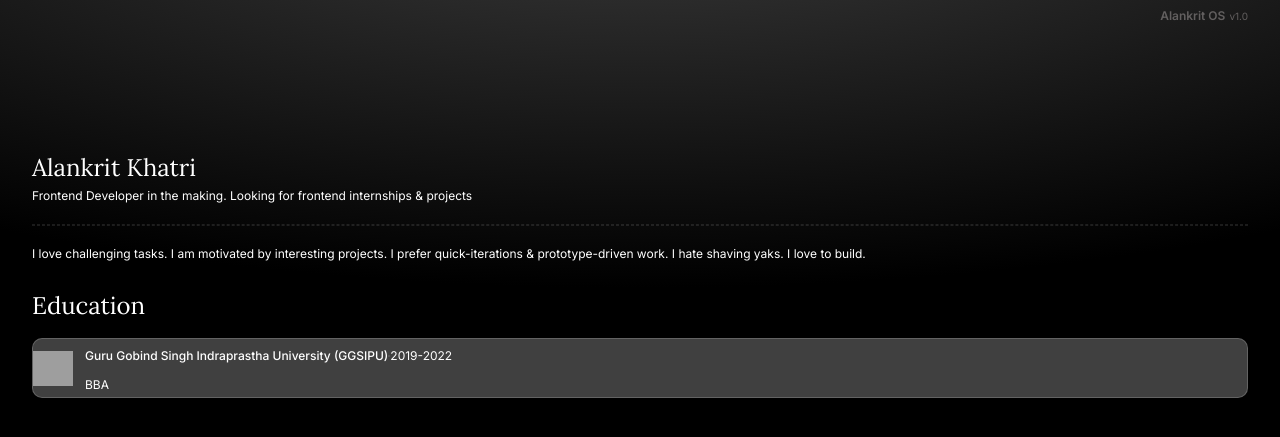
Repository: alankritkhatri/alankrit.xyz
Page: /
The author's editor kept a copy of each file at every save. The page is drawn from the files as they stood at one save, then again after the next save.
The browser window is 1280 px wide. The pictures show the whole page.
Pictures or frames that could not be fetched are drawn as grey boxes. The project was rebuilt for these pictures with package versions that can differ from the ones it lists, and the page was loaded fresh each time. Also part of the build but not shown: vite.config.js, src/blog.jsx.

Above is the page before, as saved 2024-08-11 21:16:35.

### index.html
<!DOCTYPE html>
<html lang="en">
  <head>
    <meta charset="UTF-8" />

    <link rel="icon" type="image/svg+xml" href="/vite.svg" />
    <link rel="preconnect" href="https://fonts.googleapis.com" />
    <link rel="preconnect" href="https://fonts.gstatic.com" crossorigin />
    <link
      href="https://fonts.googleapis.com/css2?family=Inter:wght@100..900&display=swap"
      rel="stylesheet"
    />

    <link
      href="https://fonts.googleapis.com/css2?family=Lora:ital,wght@0,400..700;1,400..700&display=swap"
      rel="stylesheet"
    />
    <!-- Linkedin link -->
    <script
      src="https://platform.linkedin.com/badges/js/profile.js"
      async
      defer
      type="text/javascript"
    ></script>
<meta name="viewport" content="width=device-width, initial-scale=1.0">
    <title>AlankritOS</title>
  </head>
  <body>
    <div id="root"></div>
    <script type="module" src="/src/main.jsx"></script>
  </body>
</html>

### src/App.jsx
import "./App.css";
import { BrowserRouter as Router, Routes, Route, Link } from "react-router-dom";
import Blog from "./blog";
import Home from "./pages/Home/Home";
const App = () => {
  return (
    <div className="main">
      <Router>
        <Link to="/">
          <div className="logo">
            <h1>Alankrit OS</h1>
            <span>v1.0</span>
          </div>
        </Link>
        <Routes>
          <Route path="/" element={<Home />} />
          <Route path="blog" element={<Blog />} />
        </Routes>
      </Router>
    </div>
  );
};

export default App;

### src/App.css
* {
  margin: 0px;
  padding: 0px;
  box-sizing: border-box;
  font-family: Inter, Haettenschweiler, "Arial Narrow Bold", sans-serif;
}

body,html{
  min-height: 100vh;
background: radial-gradient(100% 60% at 50% -20%, #404040, #000000)
}
.main {



  h1 {
    line-height: 32px;
  }
  h2 {
    line-height: 24px;
  }
  h3 {
    line-height: 16px;
  }
  p {
    line-height: 24px;
  }
  color: white;

  padding: 0px 32px;
  a {
    text-decoration: none;
  }
  .logo {
    color: rgba(126, 121, 121, 0.726);
    display: flex;
    align-items: center;
    justify-content: flex-end;
    gap: 4px;

    font-family: monospace;
    animation: flicker 2s infinite;
    h1 {
      font-size: 12px;
      font-weight: 600;
    }
    span {
      font-size: 10px;
      font-weight: 400;
    }
  }
}
/* logo flickr animation */
@keyframes flicker {
  0% {
    opacity: 0;
  }
  9% {
    opacity: 0;
  }
  10% {
    opacity: 0.5;
  }
  13% {
    opacity: 0;
  }
  20% {
    opacity: 0.5;
  }
  25% {
    opacity: 1;
  }
}

### src/pages/Home/Home.jsx
import Infosection from "../../components/Info-Section/Infosection.jsx";
import "./Home.css";
import data from "../../alankrit_data/data.json";
const Home = () => {
  return (
    <div className="home">
      <div
        className="badge-base LI-profile-badge"
        data-locale="en_US"
        data-size="medium"
        data-theme="dark"
        data-type="VERTICAL"
        data-vanity="alankrit-khatri"
        data-version="v1"
      >
        {" "}
        </div>

      <div className="about-section">
        <h1 className="name">Alankrit Khatri</h1>
        <p>
          Frontend Developer in the making. Looking for frontend internships &
          projects
        </p>
        <div className="dashed-line"></div>
        <p>
          I love challenging tasks. I am motivated by interesting projects. I
          prefer quick-iterations & prototype-driven work. I hate shaving yaks.
          I love to build.
        </p>
      </div>
      <div className="education-section">
        <h1>Education</h1>
        <Infosection {...data} />




        {console.log(data)}
      </div>
    </div>
  );
};

export default Home;

### src/components/Info-Section/Infosection.jsx
import "./infoSection.css";
const Infosection = (props) => {
  return (
    <>
      <div className="infosection-details">
        <img
          src={props[0].educationDetails.bachelors.logo}
          alt=""
          style={{ width: "40px", height: "35px" }}
        />
        <div className=" infosection-info">
          <div className="infosection-info-top ">
            <h2 style={{ opacity: "1", fontWeight: "500" }}>
              {props[0].educationDetails.bachelors.schoolName}
            </h2>
            <div className="dashed-line"></div>
            <h2> {props[0].educationDetails.bachelors.schoolYears} </h2>
          </div>

          <div className="infosection-info-bottom">
            <h2> {props[0].educationDetails.bachelors.course}</h2>
          </div>
        </div>
      </div>
    </>
  );
};

export default Infosection;

### src/pages/Home/Home.css
.home {
  margin: 96px 0px;
  display: flex;
  flex-direction: column;
  gap: 24px;
  /* dashed line  */
  .dashed-line {
    margin: 16px 0px;
    opacity: 0.1;
    border-width: 1px;
    border-style: dashed;
    color: rgb(255 255 255);
  }
  .hide {
    display: none;
  }
  h1 {
    font-family: "Lora", serif;
    font-size: 24px;
    font-weight: 400;
  }
  h2 {
    font-size: 12px;
    font-style: normal;
    font-weight: 400;
  }
  h3 {
    font-size: 10px;
    font-style: normal;
    font-weight: 300;
  }
  p {
    font-size: 12px;
  }
  .about-section {
    display: flex;
    flex-direction: column;
    .name {
      line-height: 32px;
    }
  }
}

### src/alankrit_data/data.json
[
  {
    "educationDetails": {
      "className": "education-details",
      "bachelors": {
        "schoolName": "Guru Gobind Singh Indraprastha University (GGSIPU)",
        "schoolYears": "2019-2022",
        "course": "BBA",
        "logo": "https://encrypted-tbn0.gstatic.com/images?q=tbn:ANd9GcRM9GNTFenU_T9caTwA63o86iaVHMnf9eeEPw&s"
      },
      "masters": {
        "schoolName": "Guru Gobind Singh Indraprastha University (GGSIPU)",
        "schoolYears": "2019-2022",
        "logo": "https://encrypted-tbn0.gstatic.com/images?q=tbn:ANd9GcRM9GNTFenU_T9caTwA63o86iaVHMnf9eeEPw&s"
      }
    }
  }
]

### src/components/Info-Section/infoSection.css
.infosection-details {
  background: rgba(255, 255, 255, 0.25);
  -webkit-backdrop-filter: blur(4px);
  border-radius: 10px;
  border: 1px solid rgba(255, 255, 255, 0.18);
  backdrop-filter: blur(10px);
  backdrop-filter: saturate(180%) blur(10px);
  display: flex;
  align-items: center;
  gap: 12px;
  margin: 16px 0px;

  .infosection {
    width: 100%;
    min-width: 80%;
    * {
      line-height: 16px;
    }
    h3 {
      letter-spacing: -0.26px;
      opacity: 0.5;
    }
    h2 {
      opacity: 0.5;
    }
  }
  .infosection-info-top {
    display: flex;
    justify-content: space-between;
    align-items: center;
  }
}

Loaded but not shown: src/main.jsx (common file)

After the next save:
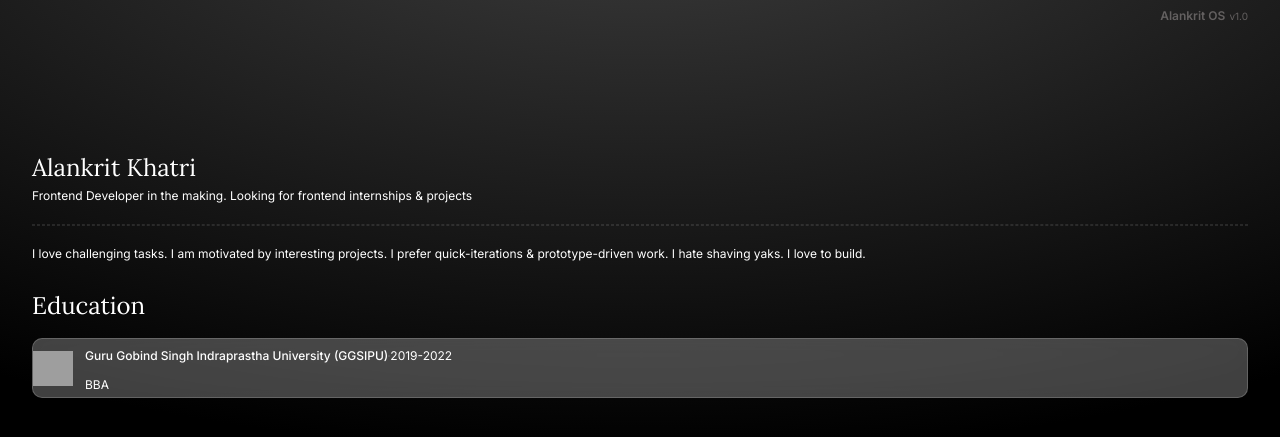
Saved 5 s later.
--- a/src/App.css
+++ b/src/App.css
@@ -7,7 +7,7 @@
 
 body,html{
   min-height: 100vh;
-background: radial-gradient(100% 60% at 50% -20%, #404040, #000000)
+background: radial-gradient(100% 600px at 50% -20%, #404040, #000000)
 }
 .main {
 

After the 5 saves that followed:
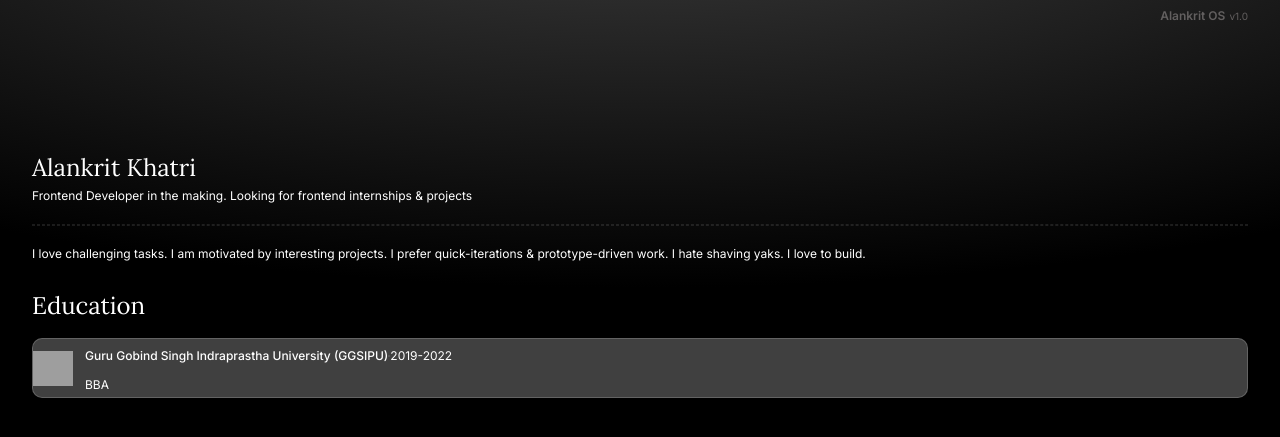
The 5 saves are shown as one change because 1 left the picture as it was and some came seconds apart.
The last was saved 21 s later.
--- a/src/App.css
+++ b/src/App.css
@@ -7,7 +7,7 @@
 
 body,html{
   min-height: 100vh;
-background: radial-gradient(100% 600px at 50% -20%, #404040, #000000)
+background: radial-gradient(100% 60% at 50% -20%, #404040, #000000)
 }
 .main {
 
